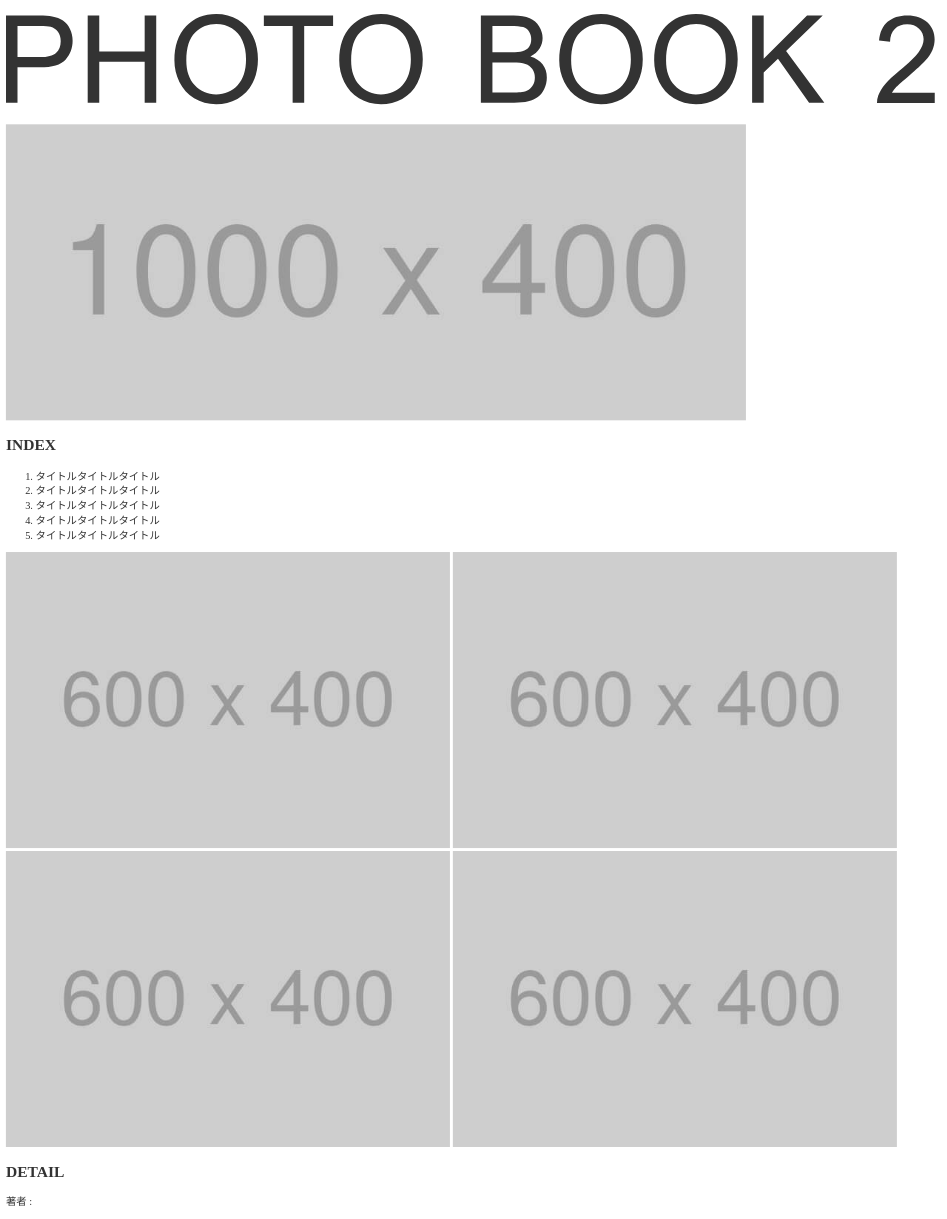
Repository: Fuki-san/photo-book-2
Page: http://localhost/photobook
The author's editor kept a copy of each file at every save. The page is drawn from the files as they stood at one save, then again after a run of saves.
The browser window is 1280 px wide. The pictures show the whole page, at 74% of full size.
The page is served by the project's Laravel application, run on PHP 8.4 with Laravel 10. Other server files are loaded and not shown.

Above is the page before, as saved 2023-11-29 19:47:28.

### routes/web.php
<?php

use Illuminate\Support\Facades\Route;

/*
|--------------------------------------------------------------------------
| Web Routes
|--------------------------------------------------------------------------
|
| Here is where you can register web routes for your application. These
| routes are loaded by the RouteServiceProvider and all of them will
| be assigned to the "web" middleware group. Make something great!
|
*/

Route::get('/', function () {
    return view('welcome');
});

Route::get('photobook', function() {
    return view('photobook');
})->name('photobook');

### resources/views/photobook.blade.php
@extends('layouts.main')

@section('title', 'photobook')

@section('content')
    <div class="container">
        <header id="header">
            <h1 class="site-title"><a href="#"><img src="img/logo.svg" alt=""></a></h1>
        </header>

        <main>

            <div id="mainvisual">
                <img src="img/mainvisual.jpg" alt="">
            </div>

            <section id="index">
                <div class="inner">
                    <h2 class="sec-title">INDEX</h2>
                    <ol class="index-list">
                        <li>タイトルタイトルタイトル</li>
                        <li>タイトルタイトルタイトル</li>
                        <li>タイトルタイトルタイトル</li>
                        <li>タイトルタイトルタイトル</li>
                        <li>タイトルタイトルタイトル</li>
                    </ol>
                </div>
            </section>

            <section id="photo">
                <div class="inner">
                    <div class="flex-wrap">
                        <img src="img/photo1.jpg" alt="">
                        <img src="img/photo2.jpg" alt="">
                        <img src="img/photo3.jpg" alt="">
                        <img src="img/photo4.jpg" alt="">
                    </div>
                </div>
            </section>

            <section id="detail">
                <div class="inner">
                    <h2 class="sec-title">DETAIL</h2>
                    <div class="text">
                        <dl>
                            <dt>著者 : </dt><dd></dd>
                        </dl>
                    </div>
                </div>
            </section>
        </main>

        <footer id="footer"></footer>

    </div>
@endsection

### resources/views/layouts/main.blade.php
<!DOCTYPE html>
<html lang="ja">
<head>
    <meta charset="UTF-8">
    <meta name="viewport" content="width=device-width, initial-scale=1.0">
    <meta http-equiv="X-UA-Compatible" content="ie=edge">
    <link rel="stylesheet" href="{{ asset('css/reset.css') }}">
    <link rel="stylesheet" href="{{ asset('css/style.css') }}">
    <link rel="icon" href="img/favicon.ico">
    <title>@yield('title')</title>
</head>
<body>
    @yield('content')
</body>
</html>

### public/css/style.css
@charset "utf-8";

html{
    font-size: 100%;
}
body{
    color: #333;
    font-size: 0.875rem;
}
img{
    max-width: 100%;
}

### public/img/logo.svg
<?xml version="1.0" encoding="utf-8"?>
<!-- Generator: Adobe Illustrator 15.1.0, SVG Export Plug-In . SVG Version: 6.00 Build 0)  -->
<!DOCTYPE svg PUBLIC "-//W3C//DTD SVG 1.1//EN" "http://www.w3.org/Graphics/SVG/1.1/DTD/svg11.dtd">
<svg version="1.1" id="レイヤー_1" xmlns="http://www.w3.org/2000/svg" xmlns:xlink="http://www.w3.org/1999/xlink" x="0px"
	 y="0px" width="1600px" height="156px" viewBox="0 0 1600 156" enable-background="new 0 0 1600 156" xml:space="preserve">
<g>
	<path fill="#333333" d="M0,152.092V2.65h56.373c9.92,0,17.498,0.477,22.731,1.428c7.34,1.223,13.49,3.552,18.451,6.982
		c4.96,3.433,8.953,8.241,11.978,14.425c3.022,6.185,4.536,12.98,4.536,20.387c0,12.709-4.043,23.463-12.129,32.264
		c-8.09,8.802-22.699,13.202-43.834,13.202h-38.33v60.754H0z M19.775,73.702h38.636c12.775,0,21.847-2.379,27.217-7.136
		c5.369-4.757,8.053-11.451,8.053-20.082c0-6.252-1.581-11.604-4.741-16.056c-3.16-4.45-7.324-7.391-12.487-8.817
		c-3.33-0.883-9.481-1.325-18.452-1.325H19.775V73.702z"/>
	<path fill="#333333" d="M139.859,152.092V2.65h19.776v61.367h77.677V2.65h19.775v149.441h-19.775V81.652h-77.677v70.439H139.859z"
		/>
	<path fill="#333333" d="M288.174,79.309c0-24.805,6.66-44.224,19.98-58.258C321.473,7.019,338.667,0,359.735,0
		c13.795,0,26.232,3.298,37.309,9.889c11.076,6.593,19.521,15.784,25.332,27.574c5.811,11.791,8.716,25.163,8.716,40.112
		c0,15.155-3.059,28.713-9.175,40.674c-6.116,11.961-14.781,21.016-25.993,27.166c-11.214,6.15-23.311,9.226-36.291,9.226
		c-14.067,0-26.641-3.398-37.717-10.194c-11.079-6.794-19.471-16.071-25.179-27.829C291.029,104.86,288.174,92.425,288.174,79.309z
		 M308.562,79.614c0,18.01,4.843,32.197,14.527,42.559c9.684,10.364,21.831,15.546,36.442,15.546
		c14.884,0,27.131-5.231,36.75-15.699c9.615-10.464,14.423-25.313,14.423-44.546c0-12.165-2.057-22.784-6.167-31.856
		c-4.112-9.071-10.126-16.106-18.043-21.101c-7.917-4.995-16.804-7.493-26.656-7.493c-14,0-26.046,4.81-36.137,14.425
		C313.608,41.065,308.562,57.121,308.562,79.614z"/>
	<path fill="#333333" d="M490.425,152.092V20.286h-49.237V2.65h118.451v17.636h-49.439v131.806H490.425z"/>
	<path fill="#333333" d="M570.14,79.309c0-24.805,6.658-44.224,19.979-58.258C603.438,7.019,620.632,0,641.7,0
		c13.794,0,26.23,3.298,37.309,9.889c11.076,6.593,19.522,15.784,25.331,27.574c5.813,11.791,8.717,25.163,8.717,40.112
		c0,15.155-3.059,28.713-9.176,40.674c-6.114,11.961-14.779,21.016-25.992,27.166s-23.311,9.226-36.291,9.226
		c-14.068,0-26.641-3.398-37.717-10.194c-11.078-6.794-19.47-16.071-25.179-27.829C572.994,104.86,570.14,92.425,570.14,79.309z
		 M590.526,79.614c0,18.01,4.843,32.197,14.527,42.559c9.685,10.364,21.83,15.546,36.442,15.546
		c14.883,0,27.132-5.231,36.748-15.699c9.615-10.464,14.424-25.313,14.424-44.546c0-12.165-2.057-22.784-6.166-31.856
		c-4.113-9.071-10.127-16.106-18.043-21.101c-7.918-4.995-16.804-7.493-26.658-7.493c-14,0-26.044,4.81-36.136,14.425
		C595.572,41.065,590.526,57.121,590.526,79.614z"/>
	<path fill="#333333" d="M812.43,152.092V2.65h56.066c11.416,0,20.573,1.514,27.472,4.537c6.896,3.024,12.3,7.68,16.209,13.966
		c3.907,6.286,5.861,12.861,5.861,19.724c0,6.39-1.732,12.404-5.198,18.044c-3.467,5.641-8.7,10.193-15.7,13.659
		c9.039,2.65,15.987,7.172,20.848,13.558c4.857,6.389,7.289,13.933,7.289,22.631c0,7-1.479,13.506-4.435,19.521
		c-2.957,6.016-6.612,10.652-10.958,13.915c-4.352,3.261-9.806,5.726-16.363,7.391c-6.558,1.666-14.593,2.497-24.106,2.497H812.43z
		 M832.206,65.444h32.313c8.768,0,15.053-0.576,18.859-1.733c5.027-1.493,8.818-3.975,11.366-7.439
		c2.548-3.468,3.822-7.815,3.822-13.049c0-4.961-1.188-9.328-3.567-13.099c-2.38-3.773-5.776-6.354-10.192-7.748
		c-4.419-1.393-11.997-2.09-22.733-2.09h-29.868V65.444z M832.206,134.457h37.208c6.386,0,10.872-0.237,13.455-0.715
		c4.552-0.814,8.358-2.173,11.417-4.077c3.058-1.901,5.571-4.672,7.544-8.308c1.971-3.634,2.956-7.832,2.956-12.589
		c0-5.571-1.428-10.414-4.281-14.526c-2.854-4.111-6.814-6.999-11.876-8.665c-5.063-1.664-12.354-2.497-21.865-2.497h-34.558
		V134.457z"/>
	<path fill="#333333" d="M946.479,79.309c0-24.805,6.659-44.224,19.979-58.258C979.776,7.019,996.972,0,1018.039,0
		c13.794,0,26.23,3.298,37.309,9.889c11.077,6.593,19.521,15.784,25.331,27.574c5.812,11.791,8.717,25.163,8.717,40.112
		c0,15.155-3.058,28.713-9.175,40.674s-14.781,21.016-25.994,27.166s-23.311,9.226-36.29,9.226
		c-14.068,0-26.641-3.398-37.717-10.194c-11.078-6.794-19.47-16.071-25.18-27.829C949.332,104.86,946.479,92.425,946.479,79.309z
		 M966.865,79.614c0,18.01,4.842,32.197,14.526,42.559c9.685,10.364,21.83,15.546,36.442,15.546
		c14.884,0,27.133-5.231,36.749-15.699c9.615-10.464,14.424-25.313,14.424-44.546c0-12.165-2.057-22.784-6.166-31.856
		c-4.113-9.071-10.127-16.106-18.044-21.101c-7.917-4.995-16.803-7.493-26.657-7.493c-14.001,0-26.044,4.81-36.136,14.425
		C971.91,41.065,966.865,57.121,966.865,79.614z"/>
	<path fill="#333333" d="M1108.865,79.309c0-24.805,6.66-44.224,19.979-58.258C1142.163,7.019,1159.357,0,1180.426,0
		c13.794,0,26.23,3.298,37.31,9.889c11.076,6.593,19.521,15.784,25.332,27.574c5.811,11.791,8.715,25.163,8.715,40.112
		c0,15.155-3.059,28.713-9.175,40.674c-6.115,11.961-14.779,21.016-25.993,27.166s-23.312,9.226-36.29,9.226
		c-14.068,0-26.642-3.398-37.719-10.194c-11.078-6.794-19.469-16.071-25.177-27.829
		C1111.719,104.86,1108.865,92.425,1108.865,79.309z M1129.254,79.614c0,18.01,4.842,32.197,14.525,42.559
		c9.684,10.364,21.831,15.546,36.442,15.546c14.882,0,27.131-5.231,36.749-15.699c9.615-10.464,14.424-25.313,14.424-44.546
		c0-12.165-2.057-22.784-6.167-31.856c-4.113-9.071-10.127-16.106-18.043-21.101c-7.917-4.995-16.804-7.493-26.658-7.493
		c-13.999,0-26.044,4.81-36.135,14.425C1134.298,41.065,1129.254,57.121,1129.254,79.614z"/>
	<path fill="#333333" d="M1276.45,152.092V2.65h19.776V76.76l74.211-74.109h26.81l-62.691,60.552l65.444,88.89h-26.096
		l-53.213-75.638l-24.465,23.854v51.784H1276.45z"/>
</g>
<path fill="#333333" d="M1588.863,134.712v17.636h-98.777c-0.138-4.417,0.575-8.665,2.14-12.743
	c2.514-6.728,6.54-13.354,12.079-19.878c5.539-6.523,13.541-14.067,24.008-22.63c16.242-13.319,27.218-23.87,32.926-31.652
	c5.709-7.78,8.563-15.138,8.563-22.069c0-7.271-2.601-13.405-7.799-18.4c-5.199-4.995-11.978-7.492-20.337-7.492
	c-8.835,0-15.902,2.65-21.203,7.951s-7.986,12.641-8.053,22.019l-18.859-1.937c1.29-14.067,6.149-24.787,14.577-32.162
	c8.427-7.373,19.741-11.061,33.946-11.061c14.338,0,25.688,3.976,34.048,11.927c8.358,7.951,12.538,17.807,12.538,29.563
	c0,5.981-1.224,11.86-3.67,17.636c-2.446,5.776-6.508,11.86-12.182,18.247c-5.676,6.389-15.104,15.155-28.288,26.3
	c-11.009,9.243-18.078,15.513-21.203,18.808c-3.127,3.298-5.708,6.61-7.747,9.939H1588.863z"/>
</svg>

After the next 3 saves:
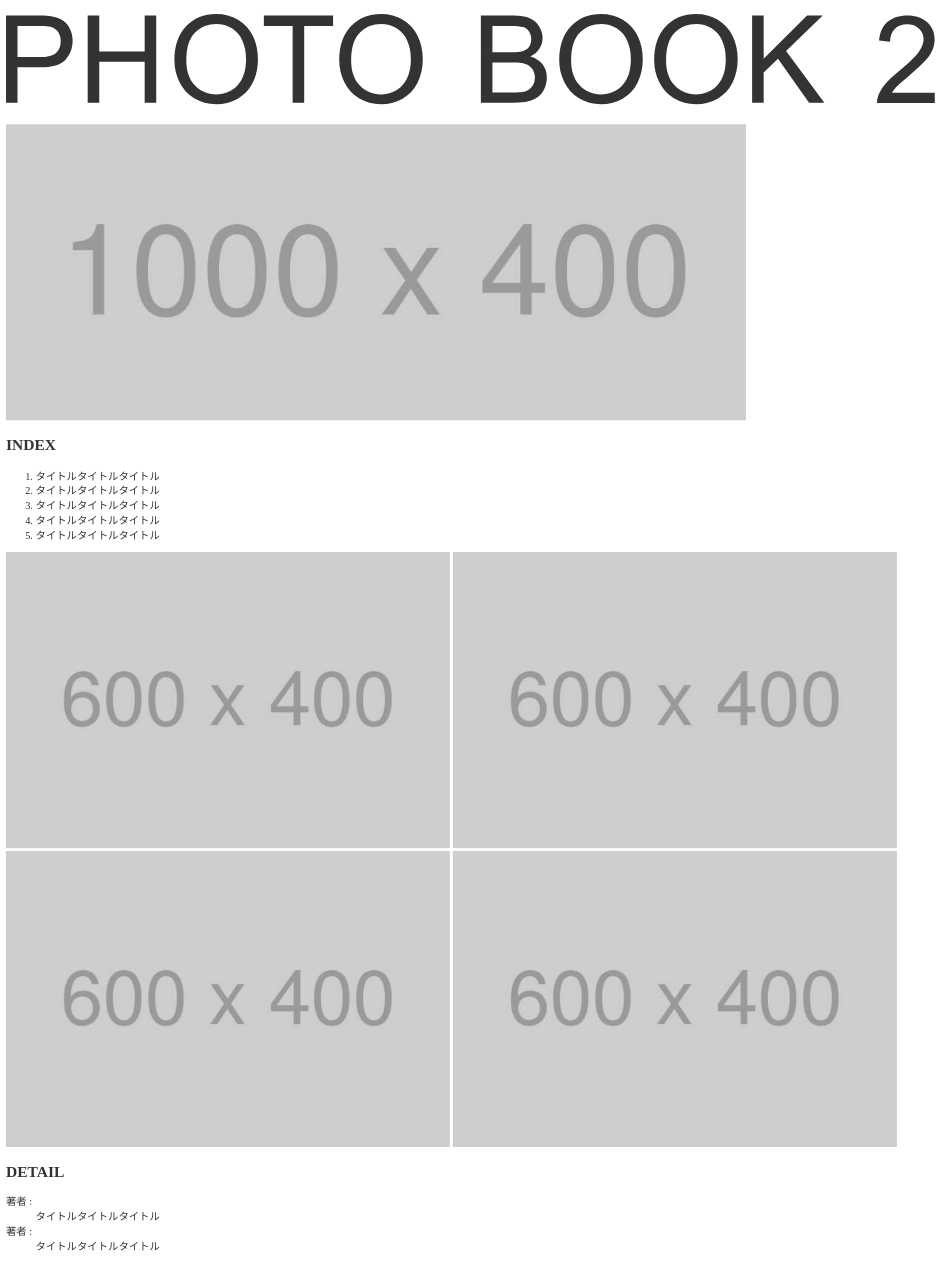
The 3 saves are shown as one change because they came seconds apart.
The last was saved 10 s later.
--- a/resources/views/photobook.blade.php
+++ b/resources/views/photobook.blade.php
@@ -43,7 +43,8 @@
                     <h2 class="sec-title">DETAIL</h2>
                     <div class="text">
                         <dl>
-                            <dt>著者 : </dt><dd></dd>
+                            <dt>著者 : </dt><dd>タイトルタイトルタイトル</dd>
+                            <dt>著者 : </dt><dd>タイトルタイトルタイトル</dd>
                         </dl>
                     </div>
                 </div>
